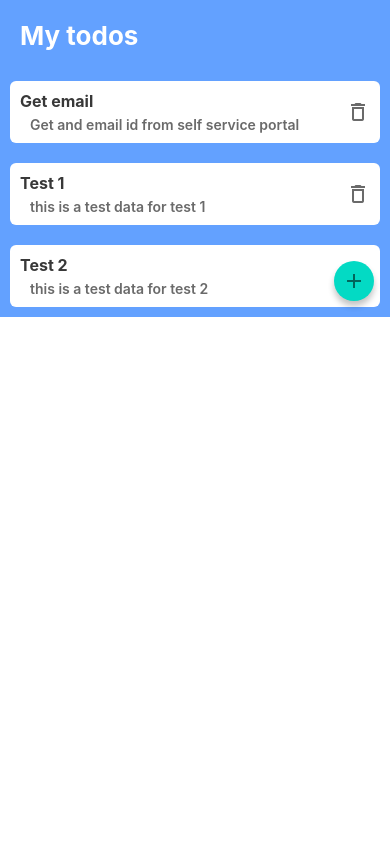
Repository: sadarsh216/Todo-App
Page: /
The author's editor kept a copy of each file at every save. The page is drawn from the files as they stood at one save, then again after the next save.
The browser window is 390 px wide. The pictures show the whole page.
The app was drawn by React Native's web renderer in a window 390 px wide. The project was rebuilt for these pictures with package versions that can differ from the ones it lists, and the page was loaded fresh each time. Also part of the build but not shown: components/Modal.tsx.

Above is the page before, as saved 2021-10-09 14:45:49.

### App.tsx
import { StatusBar } from "expo-status-bar";
import React, { useRef } from "react";
import {
  SafeAreaView,
  ScrollView,
  StyleSheet,
  Text,
  TouchableWithoutFeedback,
  View,
  Animated,
  Easing,
} from "react-native";
import Todos from "./Pages/Todos";
import { FAB } from "react-native-paper";
import Modal from "./components/Modal";
import * as Animatable from "react-native-animatable";
import { COLORS } from "./theme/Colors";

export default function App() {
  const [showAdd, setAdd] = React.useState(false);

  return (
    <>
      <SafeAreaView>
        <View style={styles.container}>
          <ScrollView>
            <Text style={styles.heading}>My todos</Text>
            <Todos />
          </ScrollView>
          {showAdd && (
            <Animatable.View style={styles.modal} animation="fadeInUpBig">
              <TouchableWithoutFeedback onPress={() => alert("")}>
                <Modal />
              </TouchableWithoutFeedback>
            </Animatable.View>
          )}
        </View>
        <FAB
          style={styles.fab}
          small
          icon={showAdd ? "close" : "plus"}
          onPress={() => setAdd(!showAdd)}
        />
      </SafeAreaView>
    </>
  );
}

const styles = StyleSheet.create({
  container: {
    height: "100%",
    backgroundColor: COLORS.primary,
  },
  heading: {
    color: "white",
    fontSize: 26,
    fontWeight: "bold",
    margin: 20,
  },
  fab: {
    color: "#fff",
    position: "absolute",
    margin: 16,
    right: 0,
    bottom: 0,
  },
  modal: {
    position: "absolute",
    bottom: 0,
    height: "60%",
    width: "100%",
    display: "flex",
    backgroundColor: "white",
    borderTopRightRadius: 20,
    borderTopLeftRadius: 20,
    elevation: 4,
    padding: 10,
    // backgroundColor: "rgba(0,0,0,0.4)",
  },
});

### Pages/Todos.tsx
import React from "react";
import { View, Text, StyleSheet, TouchableOpacity } from "react-native";
import { MaterialCommunityIcons } from "@expo/vector-icons";

export default function Todos() {
  const [todos, setTodos] = React.useState([
    {
      title: "Get email",
      description: "Get and email id from self service portal",
      id: 0,
    },
    { title: "Test 1", description: "this is a test data for test 1", id: 1 },
    { title: "Test 2", description: "this is a test data for test 2 ", id: 2 },
  ]);
  const deleteTodo = () => {
    alert("deleted");
  };
  return (
    <>
      {todos.map((item, key) => (
        <View key={item.id} style={styles.card}>
          <View style={styles.details}>
            <Text style={styles.title}>{item.title}</Text>
            <Text style={styles.desc}>{item.description}</Text>
          </View>
          <View style={styles.deleteSection}>
            <TouchableOpacity onPress={deleteTodo}>
              <MaterialCommunityIcons
                name="delete-outline"
                size={24}
                color="#6a6a6a"
              />
            </TouchableOpacity>
          </View>
        </View>
      ))}
    </>
  );
}

const styles = StyleSheet.create({
  card: {
    display: "flex",
    flexDirection: "row",
    backgroundColor: "#fff",
    margin: 10,
    borderRadius: 6,
    elevation: 4,
    padding: 10,
  },
  title: {
    fontSize: 16,
    marginBottom: 5,
    fontWeight: "bold",
    color: "#383838",
  },
  desc: {
    paddingHorizontal: 10,
    fontWeight: "600",
    color: "#6a6a6a",
  },
  details: {
    flex: 2,
  },
  deleteSection: {
    justifyContent: "center",
  },
});

### theme/Colors.tsx
export const COLORS = {
  primary: "#63a1ff",
  primaryText: "#383838",
  text: "#6a6a6a",
  secondary: "",
  accent: "",
};

After the next save:
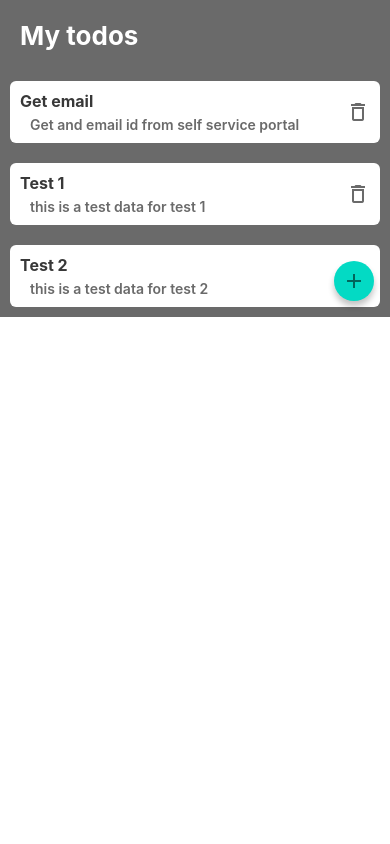
Saved 5 s later.
--- a/App.tsx
+++ b/App.tsx
@@ -49,7 +49,7 @@
 const styles = StyleSheet.create({
   container: {
     height: "100%",
-    backgroundColor: COLORS.primary,
+    backgroundColor: COLORS.text,
   },
   heading: {
     color: "white",

After the save that followed:
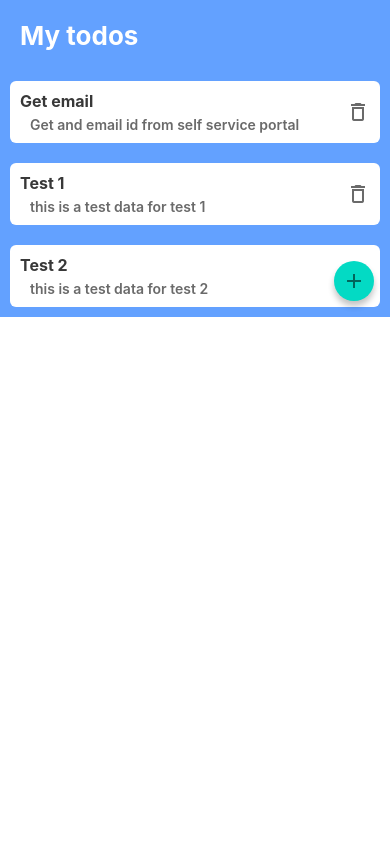
Saved 4 s later.
--- a/App.tsx
+++ b/App.tsx
@@ -49,7 +49,7 @@
 const styles = StyleSheet.create({
   container: {
     height: "100%",
-    backgroundColor: COLORS.text,
+    backgroundColor: COLORS.primary,
   },
   heading: {
     color: "white",
